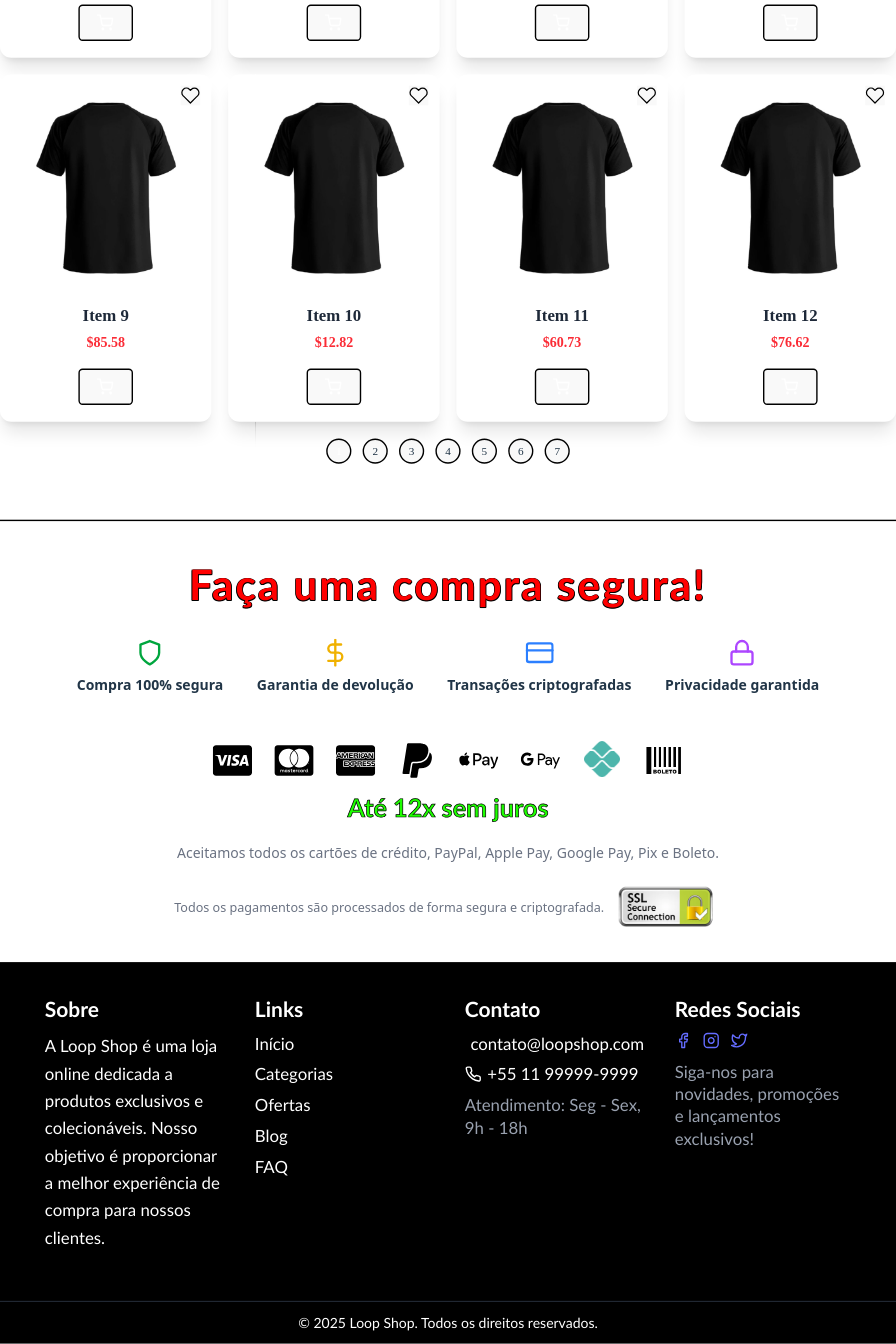
Repository: Kevin-Pro-Codes/looping-e-commerce
Page: / (app in loop-client/)
The author's editor kept a copy of each file at every save. The page is drawn from the files as they stood at one save, then again after the next save.
The browser window is 1280 px wide. The pictures show the part of the page from y = 1448 to 3368 px (the page is 3368 px tall before and 3324 px after), at 70% of full size.
The project was rebuilt for these pictures with package versions that can differ from the ones it lists, and the page was loaded fresh each time. Also part of the build but not shown: loop-client/vite.config.js.

Above is the page before, as saved 2025-10-02 19:07:57.

After the next save:
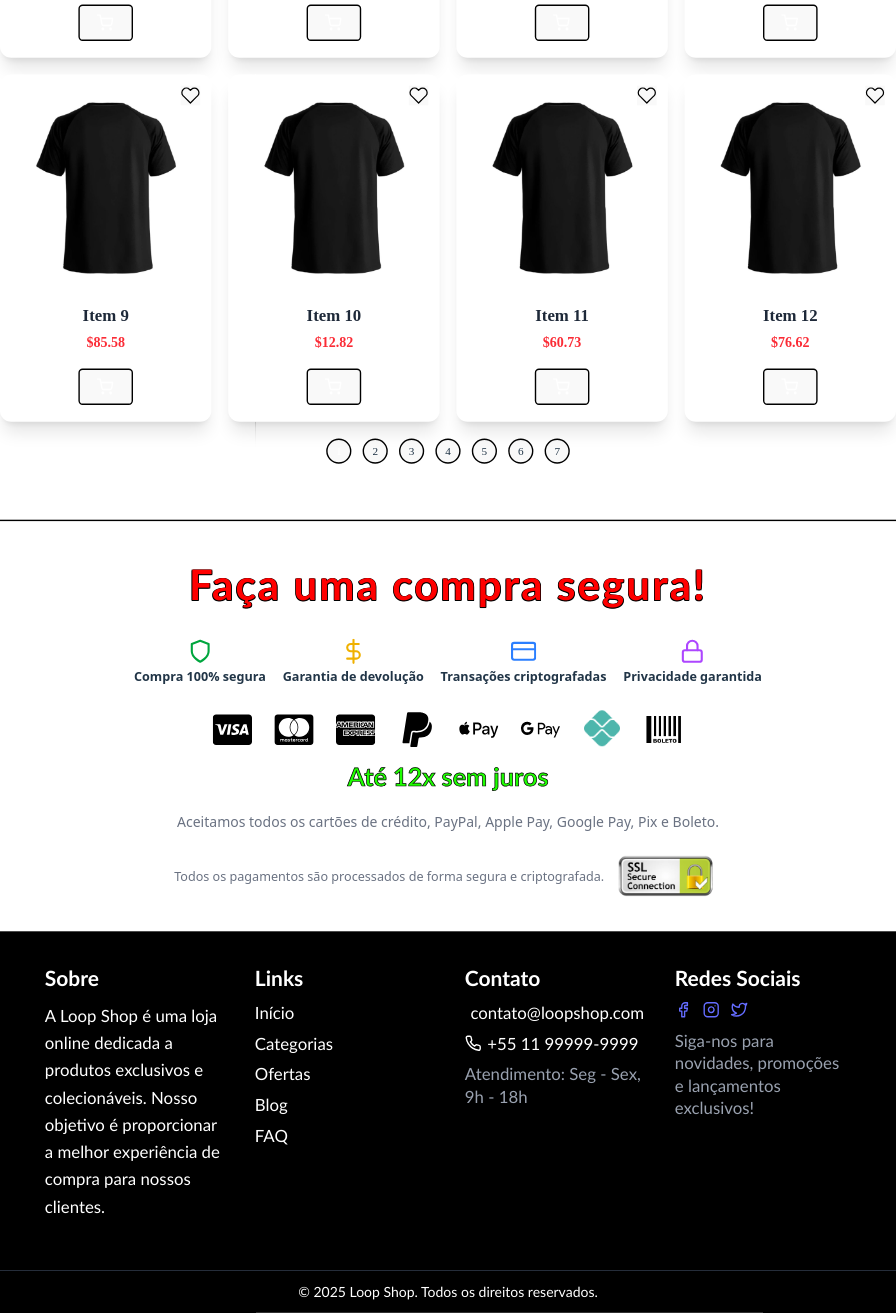
Saved 81 s later.
--- a/loop-client/src/components/Pagamento.jsx
+++ b/loop-client/src/components/Pagamento.jsx
@@ -40,25 +40,26 @@
 
 
 
-        {/* Selos de segurança */}
-        <div className="flex flex-col md:flex-row items-center justify-center gap-12 mb-16 text-center">
-          <div className="flex flex-col items-center gap-3">
-            <FiShield size={40} className="text-green-600" />
-            <p className="text-xl font-semibold">Compra 100% segura</p>
-          </div>
-          <div className="flex flex-col items-center gap-3">
-            <FiDollarSign size={40} className="text-yellow-500" />
-            <p className="text-xl font-semibold">Garantia de devolução</p>
-          </div>
-          <div className="flex flex-col items-center gap-3">
-            <FiCreditCard size={40} className="text-blue-500" />
-            <p className="text-xl font-semibold">Transações criptografadas</p>
-          </div>
-          <div className="flex flex-col items-center gap-3">
-            <FiLock size={40} className="text-purple-500" />
-            <p className="text-xl font-semibold">Privacidade garantida</p>
-          </div>
-        </div>
+      {/* Selos de segurança */}
+<div className="flex flex-col md:flex-row items-center justify-center gap-6 mb-8 text-center">
+  <div className="flex flex-col items-center gap-1">
+    <FiShield size={36} className="text-green-600" />
+    <p className="text-lg font-semibold">Compra 100% segura</p>
+  </div>
+  <div className="flex flex-col items-center gap-1">
+    <FiDollarSign size={36} className="text-yellow-500" />
+    <p className="text-lg font-semibold">Garantia de devolução</p>
+  </div>
+  <div className="flex flex-col items-center gap-1">
+    <FiCreditCard size={36} className="text-blue-500" />
+    <p className="text-lg font-semibold">Transações criptografadas</p>
+  </div>
+  <div className="flex flex-col items-center gap-1">
+    <FiLock size={36} className="text-purple-500" />
+    <p className="text-lg font-semibold">Privacidade garantida</p>
+  </div>
+</div>
+
 
         {/* Formas de pagamento */}
         <div className="flex flex-row flex-wrap items-center justify-center gap-8 mb-4">

After the save that followed:
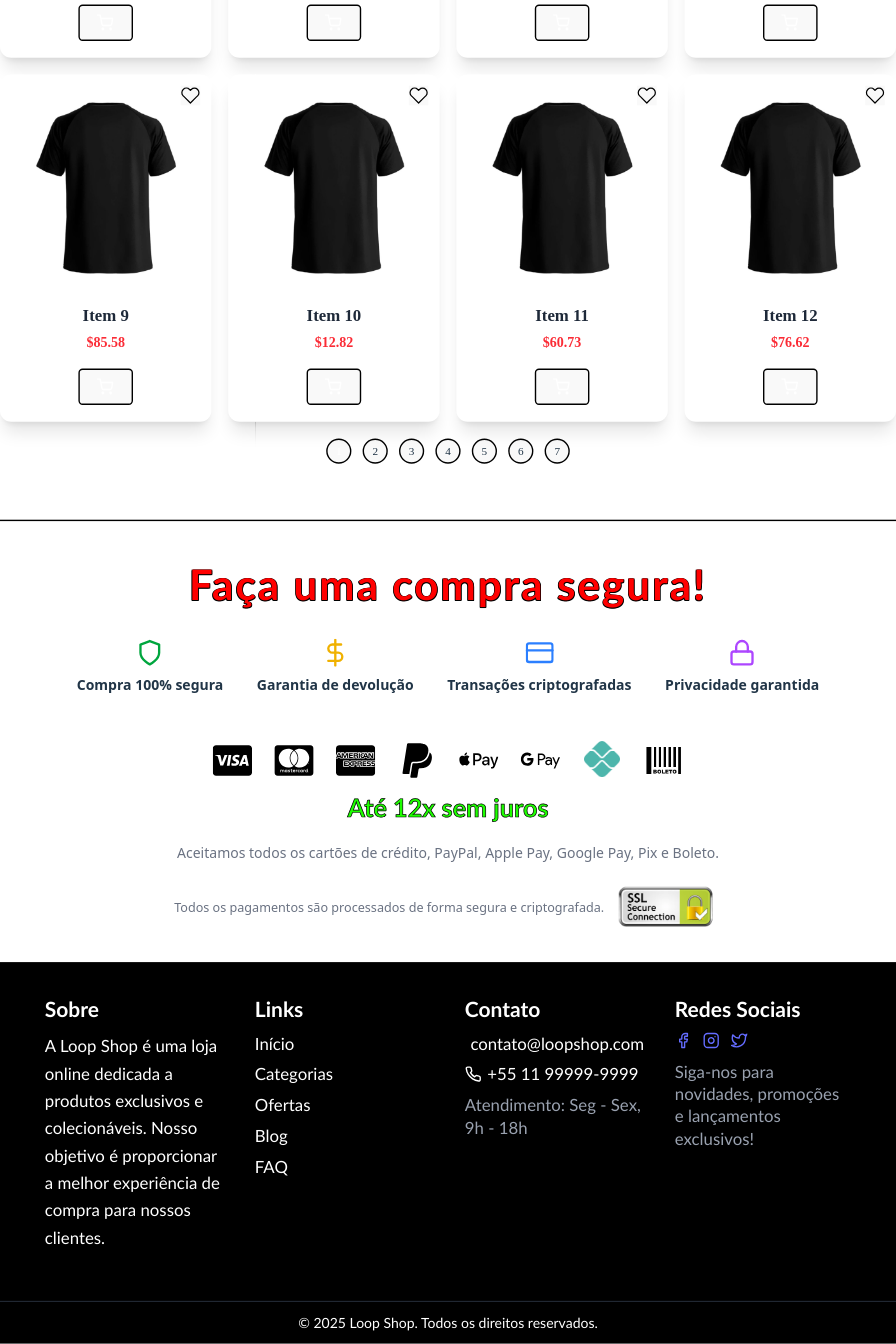
Saved 6 s later.
--- a/loop-client/src/components/Pagamento.jsx
+++ b/loop-client/src/components/Pagamento.jsx
@@ -40,26 +40,25 @@
 
 
 
-      {/* Selos de segurança */}
-<div className="flex flex-col md:flex-row items-center justify-center gap-6 mb-8 text-center">
-  <div className="flex flex-col items-center gap-1">
-    <FiShield size={36} className="text-green-600" />
-    <p className="text-lg font-semibold">Compra 100% segura</p>
-  </div>
-  <div className="flex flex-col items-center gap-1">
-    <FiDollarSign size={36} className="text-yellow-500" />
-    <p className="text-lg font-semibold">Garantia de devolução</p>
-  </div>
-  <div className="flex flex-col items-center gap-1">
-    <FiCreditCard size={36} className="text-blue-500" />
-    <p className="text-lg font-semibold">Transações criptografadas</p>
-  </div>
-  <div className="flex flex-col items-center gap-1">
-    <FiLock size={36} className="text-purple-500" />
-    <p className="text-lg font-semibold">Privacidade garantida</p>
-  </div>
-</div>
-
+        {/* Selos de segurança */}
+        <div className="flex flex-col md:flex-row items-center justify-center gap-12 mb-16 text-center">
+          <div className="flex flex-col items-center gap-3">
+            <FiShield size={40} className="text-green-600" />
+            <p className="text-xl font-semibold">Compra 100% segura</p>
+          </div>
+          <div className="flex flex-col items-center gap-3">
+            <FiDollarSign size={40} className="text-yellow-500" />
+            <p className="text-xl font-semibold">Garantia de devolução</p>
+          </div>
+          <div className="flex flex-col items-center gap-3">
+            <FiCreditCard size={40} className="text-blue-500" />
+            <p className="text-xl font-semibold">Transações criptografadas</p>
+          </div>
+          <div className="flex flex-col items-center gap-3">
+            <FiLock size={40} className="text-purple-500" />
+            <p className="text-xl font-semibold">Privacidade garantida</p>
+          </div>
+        </div>
 
         {/* Formas de pagamento */}
         <div className="flex flex-row flex-wrap items-center justify-center gap-8 mb-4">
